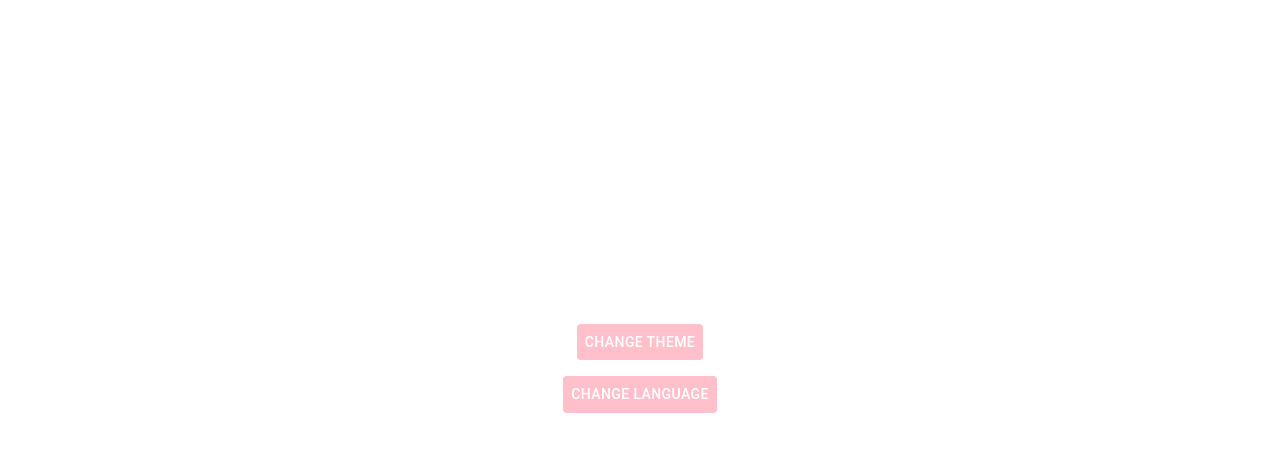
Repository: savannaaaas/contextLanguageTheme
Page: /
An editor plug-in stored every save of this project. The page is shown before and after the next save, followed by the edit.
The browser window is 1280 px wide. The pictures show the whole page.
The project was rebuilt for these pictures with package versions that can differ from the ones it lists, and the page was loaded fresh each time. Also part of the build but not shown: vite.config.js.

Above is the page before, as saved 2025-07-11 17:32:42.

### src/main.jsx
import { StrictMode } from "react";
import { createRoot } from "react-dom/client";
import App from "./App.jsx";
import { MasterProvider } from "./providers/MasterProvider.jsx";

createRoot(document.getElementById("root")).render(
  <StrictMode>
    <MasterProvider>
      <App />
    </MasterProvider>
  </StrictMode>
);

### src/App.jsx
import { useContext } from "react";
import { ThemeContext } from "./providers/ThemeContext";
import { ControlsPanel } from "./components/ControlsPanel";
import { Header } from "./components/Header";
import "./App.css";
export const translations = {
  en: {
    welcome: "Welcome",
    profile: "Your profile",
  },
  ru: {
    welcome: "Добро пожаловать",
    profile: "Твой профиль",
  },
};
function App() {
  const { theme } = useContext(ThemeContext);

  const themeStyle = {
    backgroundColor: theme === "light" ? "#fff" : "black",
    height: "100vh",
    display: "flex", // Flex-контейнер
    flexDirection: "column",
    justifyContent: "center",
    alignItems: "center",
    gap: "1em",
  };
  return (
    <div style={themeStyle}>
      <Header />
      <ControlsPanel />
    </div>
  );
}

export default App;

### src/providers/MasterProvider.jsx
import ThemeProvider from "./ThemeContext";
import LanguageProvider from "./LanguageContext";

export const MasterProvider = ({ children }) => {
  return (
    <ThemeProvider>
      <LanguageProvider>{children}</LanguageProvider>
    </ThemeProvider>
  );
};

### src/providers/ThemeContext.jsx
import { createContext, useCallback, useState } from "react";
export const ThemeContext = createContext(null);
const ThemeProvider = ({ children }) => {
  const [theme, setTheme] = useState("light");
  const toggleTheme = useCallback(() => {
    setTheme((theme) => (theme === "light" ? "dark" : "light"));
  }, [setTheme]);
  return (
    <ThemeContext.Provider value={{ theme, setTheme, toggleTheme }}>
      {children}
    </ThemeContext.Provider>
  );
};
export default ThemeProvider;

### src/components/ControlsPanel.jsx
import { useContext } from "react";
import { ThemeContext } from "../providers/ThemeContext";
import { LanguageContext } from "../providers/LanguageContext";
import Button from "@mui/material/Button";
export const ControlsPanel = () => {
  const { toggleTheme } = useContext(ThemeContext);
  const { toggleLanguage } = useContext(LanguageContext);
  return (
    <>
      <Button
        onClick={toggleTheme}
        style={{ backgroundColor: "pink", color: "#fff" }}
      >
        Change theme
      </Button>
      <Button
        onClick={() => toggleLanguage()}
        style={{ backgroundColor: "pink", color: "#fff" }}
      >
        Change language
      </Button>
    </>
  );
};

### src/components/Header.jsx
import { Typography } from "@mui/material";
import { useContext } from "react";
import { ThemeContext } from "../providers/ThemeContext";
import { LanguageContext } from "../providers/LanguageContext";
import { translations } from "../App";
/*const translations = {
  en: {
    welcome: "Welcome",
    profile: "Your profile",
  },
  ru: {
    welcome: "Добро пожаловать",
    profile: "Твой профиль",
  },
}; */
export const Header = () => {
  const { theme } = useContext(ThemeContext);
  const { language } = useContext(LanguageContext);
  return <Typography>{}</Typography>;
};

### src/App.css
html, body, #root {
 height: 100%;
  margin: 0;
  padding: 0;
  text-align: center;
}

### src/providers/LanguageContext.jsx
import { createContext, useState } from "react";
export const LanguageContext = createContext(null);

const LanguageProvider = ({ children }) => {
  const [language, setLanguage] = useState("en");
  const toggleLanguage = () => {
    setLanguage((language) => (language === "en" ? "ru" : "en"));
  };
  return (
    <LanguageContext.Provider value={{ language, setLanguage, toggleLanguage }}>
      {children}
    </LanguageContext.Provider>
  );
};
export default LanguageProvider;

Loaded but not shown: index.html (common file)

After the next save:
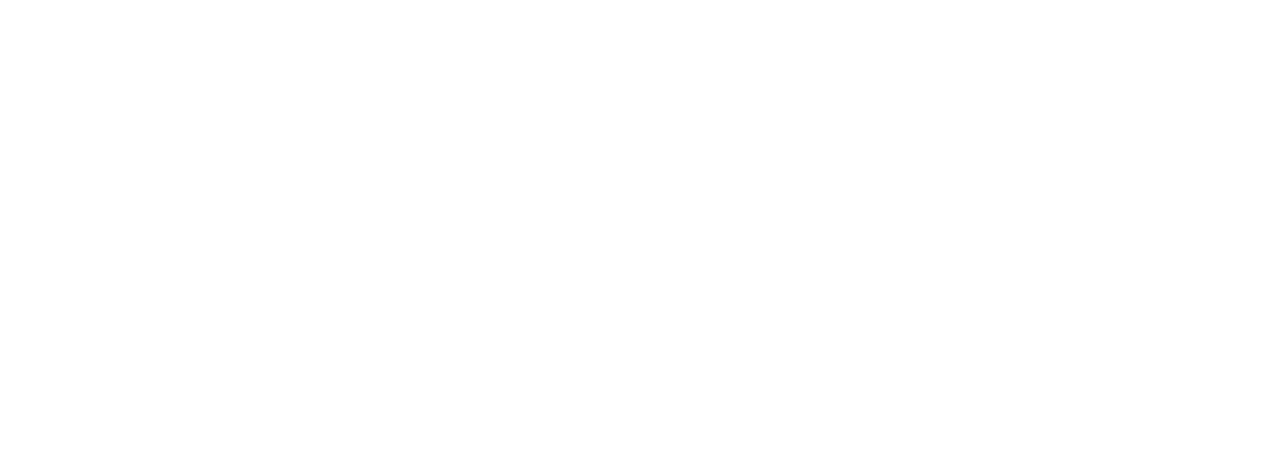
Console error: ReferenceError: welcome is not defined
Saved 2 min 26 s later.
--- a/src/components/Header.jsx
+++ b/src/components/Header.jsx
@@ -16,5 +16,5 @@
 export const Header = () => {
   const { theme } = useContext(ThemeContext);
   const { language } = useContext(LanguageContext);
-  return <Typography>{}</Typography>;
+  return <Typography>{translations[language][welcome]}</Typography>;
 };

After the save that followed:
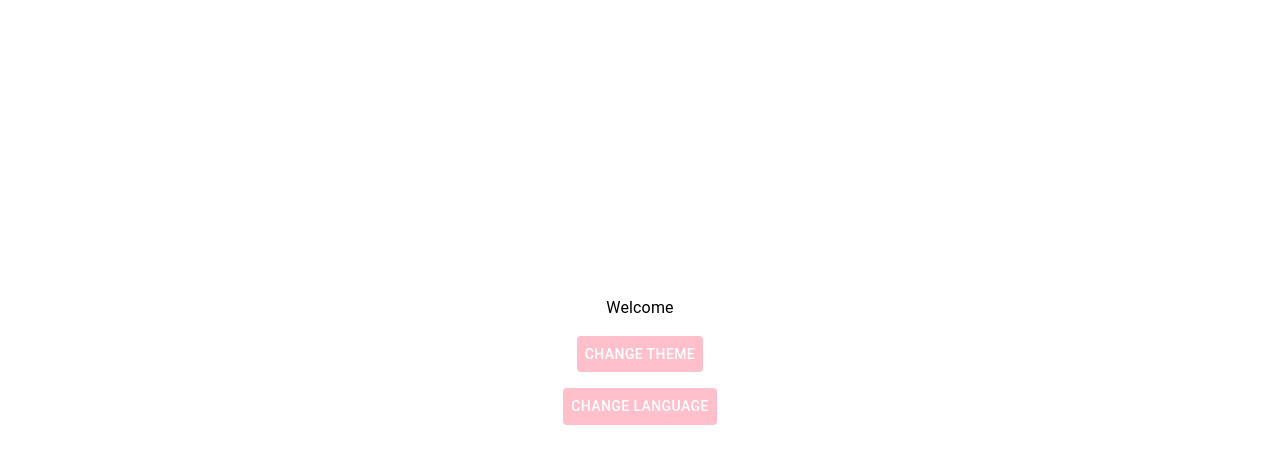
The error is gone.
Saved 17 s later.
--- a/src/components/Header.jsx
+++ b/src/components/Header.jsx
@@ -16,5 +16,5 @@
 export const Header = () => {
   const { theme } = useContext(ThemeContext);
   const { language } = useContext(LanguageContext);
-  return <Typography>{translations[language][welcome]}</Typography>;
+  return <Typography>{translations[language].welcome}</Typography>;
 };
